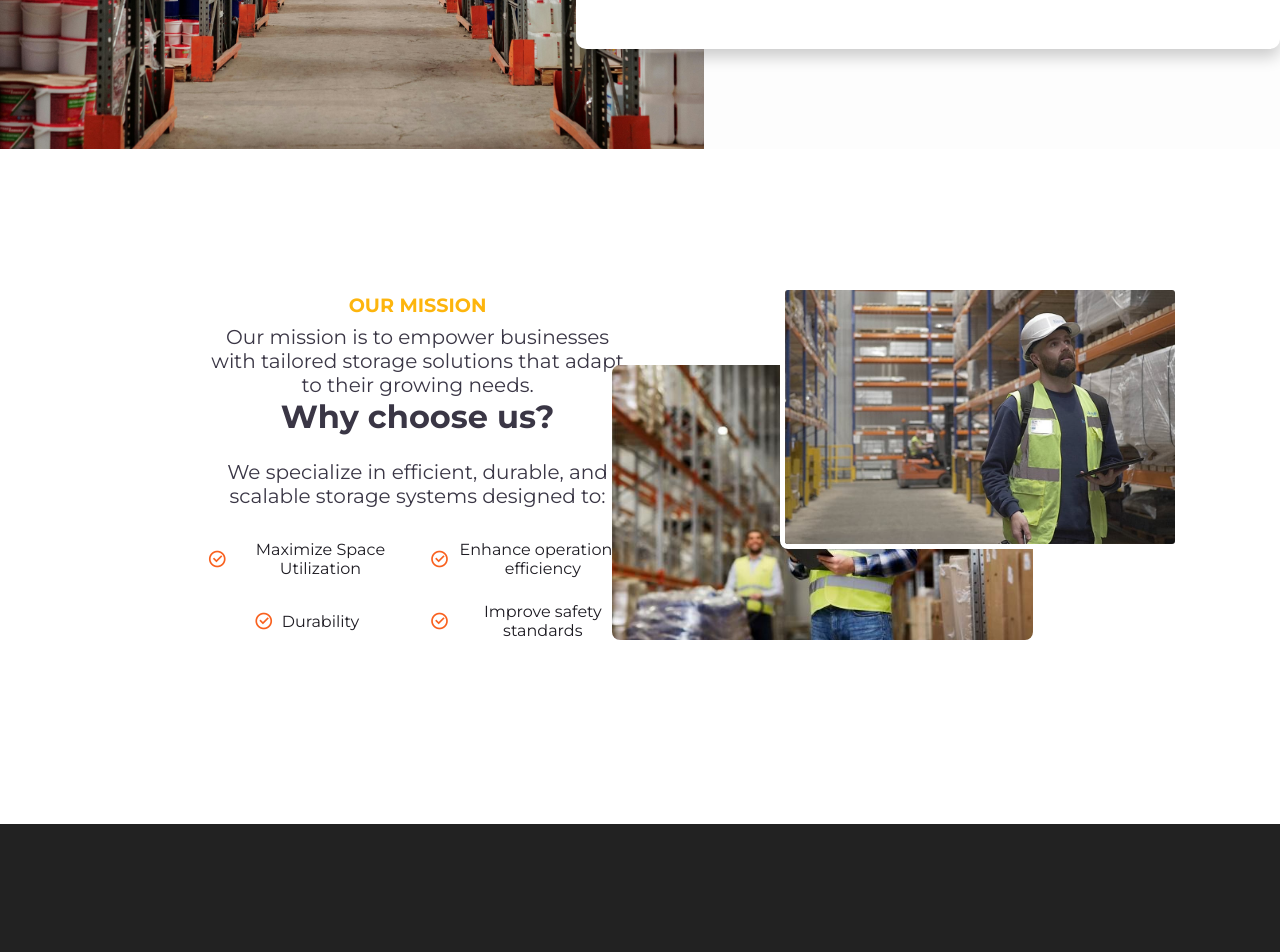
Repository: jahatesu/shelves-and-storage-equipment
Page: index.html
An editor plug-in stored every save of this project. The page is shown before and after the next save, followed by the edit.
The browser window is 1280 px wide. The pictures show the part of the page from y = 1323 to 2275 px (the page is 7787 px tall before and 7708 px after).
A picture or video elsewhere on the page could not be fetched, so the positions and the page height are approximate. Backgrounds fixed to the window are drawn as part of the page. Some web fonts or font styles are not loaded; a fallback is used. Some web libraries are served in a nearby version.

Above is the page before, as saved 2025-01-25 19:31:36.
Console error: TypeError: Cannot read properties of null (reading 'querySelector')

### index.html
<!DOCTYPE html>
<html lang="en">
<head>
    <meta charset="UTF-8">
    <meta name="viewport" content="width=device-width, initial-scale=1.0">
    <!-- Remix Icons -->
    <link rel="stylesheet" href="https://cdnjs.cloudflare.com/ajax/libs/remixicon/4.2.0/remixicon.css">
    <!-- Swiper CSS -->
    <link rel="stylesheet" href="assets\js\swiper-bundle.min.js" />
    <!-- CSS -->
    <link rel="stylesheet" href="style.css">
    <script src="https://cdnjs.cloudflare.com/ajax/libs/jquery/3.7.1/jquery.min.js"></script>
    <title>Shelves and Storage</title>
    <link rel="stylesheet" href="https://fonts.googleapis.com/css?family=Material+Symbols+Rounded&opsz,wght,FILL,GRAD@48,400,0,0" />
    <script  src="https://kit.fontawesome.com/64d58efce2.js" crossorigin="anonymous" ></script>
</head>

<body>

    <!-- Navigation Bar -->
    <header class="transparent">
        <div class="logo">
            <img src="assets\images\logo.png" alt="Shelves and Storage Logo">
        </div>

        <div class="navigation">
            <input type="checkbox" id="nav-checkbox">
            <label for="nav-checkbox" class="nav-toggle">
                <i class="ri-menu-fill"></i>
            </label>

            <ul class="nav-menu">
                <li><a href="#">Home</a></li>
                <li><a href="#">About Us</a></li>
                <li><a href="#">Services</a></li>
                <li><a href="#">Products</a></li>
                <li><a href="#">Contact Us</a></li>
            </ul>
        </div>
    </header>

    <!-- Hero Section -->
    <div class="hero">
        <h1 class="animate__animated animate__fadeInDown">Shelves and Storage Equipment</h1>
        <h3 class="animate__animated animate__fadeInUp">Storage and Racking Expert</h3>
    </div>

    <!-- about -->

    <div class="about-section">
        <div class="inner-container">
            <h1>About Us</h1>
            <p class="text">
                Founded in 2015, Shelves and Storage Equipment Inc. is a trusted name in providing customized racking solutions for logistics and warehousing. We specialize in efficient, durable, and scalable storage systems designed to:
            </p>
            <ul class="skills">
                <li><i class="ri-fullscreen-line"></i> Maximize space utilization</li>
                <li><i class="ri-settings-3-line"></i> Enhance operational efficiency</li>
                <li><i class="ri-shield-check-line"></i> Improve safety standards</li>
            </ul>
        </div>
    </div>

<!-- About Section -->
<section class="about section" id="about">
    <div class="about_container container grid">
        <div class="about_data">
            <span class="section_subtitle">OUR MISSION</span>
            <p>
                Our mission is to empower businesses with tailored storage solutions that adapt to their growing needs.
            </p>
            <h2 class="section_title">Why choose us?</h2>
            <p class="about_description">
                We specialize in efficient, durable, and scalable storage systems designed to:
            </p>
            <ul class="about_list grid">
                <li class="about_list-item">
                    <i class="ri-checkbox-circle-line"></i>
                    <span>Maximize Space Utilization</span>
                </li>
                <li class="about_list-item">
                    <i class="ri-checkbox-circle-line"></i>
                    <span>Enhance operational efficiency</span>
                </li>
                <li class="about_list-item">
                    <i class="ri-checkbox-circle-line"></i>
                    <span> Durability</span>
                </li>
                <li class="about_list-item">
                    <i class="ri-checkbox-circle-line"></i>
                    <span>Improve safety standards</span>
                </li>
            </ul>
        </div>
        <div class="about_images">
            <img src="assets/images/about_img1.png" alt="image" class="about_img1">
            <img src="assets/images/about_img2.png" alt="image" class="about_img2">
        </div>
    </div>
</section>

<!-- Services Section -->
<div class="services-container">
    <div class="service-card">
      <div class="card-image">
        <img src="#" alt="Profile Picture of Annie Lea">
      </div>
      <div class="card-header">
        <h3 class="name">Annie Lea</h3>
        <p class="role">Apps Developer</p>
      </div>
      <div class="card-content">
        <p>Lorem ipsum dolor sit amet, consectetur adipisicing elit. Dolorem quaerat iusto adipisci reprehenderit quasi cum perspiciatis, minima reiciendis magni quam!</p>
      </div>
    </div>
    <div class="service-card">
      <div class="card-image">
        <img src="#" alt="Profile Picture of Eliana Maia">
      </div>
      <div class="card-header">
        <h3 class="name">Eliana Maia</h3>
        <p class="role">Website Developer</p>
      </div>
      <div class="card-content">
        <p>Lorem ipsum dolor sit amet, consectetur adipisicing elit. Dolorem quaerat iusto adipisci reprehenderit quasi cum perspiciatis, minima reiciendis magni quam!</p>
      </div>
    </div>
    <div class="service-card">
      <div class="card-image">
        <img src="#" alt="Profile Picture of Harley Briana">
      </div>
      <div class="card-header">
        <h3 class="name">Harley Briana</h3>
        <p class="role">Graphic Designer</p>
      </div>
      <div class="card-content">
        <p>Lorem ipsum dolor sit amet, consectetur adipisicing elit. Dolorem quaerat iusto adipisci reprehenderit quasi cum perspiciatis, minima reiciendis magni quam!</p>
      </div>
    </div>
  </div>

<!-- what we offer -->
<section class="services section" id="services">
    <div class="services_container container grid">
        <div class="services_data">
            <div>
                <span class="section_subtitle">WHAT WE OFFER</span>
                <h2 class="section_title">Heavy and Light Duty Racks System</h2>
            </div>
        </div>
        <div class="services_grid">
            <article class="services_card">
                <div class="services_icon">
                    <img src="/assets/images/driveInRack.jpg" alt="Drive in Rack">
                </div>
                <h3 class="services_title">Drive in Rack</h3>
                <p>
                    Forklifts drive into storage lanes, reducing aisle space. Perfect for bulk storage.
                </p>
            </article>
            <article class="services_card">
                <div class="services_icon">
                    <img src="assets/images/cantileverRack.jpg" alt="Cantilever Rack">
                </div>
                <h3 class="services_title">Cantilever Rack</h3>
                <p>
                    Ideal for long, bulky items. Easy loading and unloading, maximizes space. Available in single or double-sided options.
                </p>
            </article>
            <article class="services_card">
                <div class="services_icon">
                    <img src="assets/images/mezzanineFloorRack.jpg" alt="Mezzanine Floor">
                </div>
                <h3 class="services_title">Mezzanine Floor</h3>
                <p>
                    Cost-effective, customizable, and durable. Ideal for storage, offices, or production areas.
                </p>
            </article>
            <article class="services_card">
                <div class="services_icon">
                    <img src="assets/images/radioShuttle.jpeg" alt="Radio Shuttle">
                </div>
                <h3 class="services_title">Radio Shuttle Racking</h3>
                <p>
                    Optimize warehouse space and efficiency. Semi-automated, high-density storage. Fast pallet handling, both FIFO and LIFO.
                </p>
            </article>
        </div>
    </div>
</section>

<!-- products -->
<section class="projects section" id="projects">
    <h2 class="section_title_products">Our Products</h2>
    <div class="projects_container container grid">
        <article class="projects_card">
            <img src="assets/images/narrowAisle.jpg" alt="Narrow Aisle Pallet Racking" class="projects_img">
            <div class="projects_data">
                <h2 class="projects_title">Narrow Aisle Pallet Racking</h2>
            </div>
        </article>
        <article class="projects_card">
            <img src="assets/images/doubleDeep.jpg" alt="Double Deep Pallet Racking" class="projects_img">
            <div class="projects_data">
                <h2 class="projects_title">Double Deep Pallet Racking</h2>
            </div>
        </article>
        <article class="projects_card">
            <img src="assets/images/lightDuty.webp" alt="Light Duty Shelves" class="projects_img">
            <div class="projects_data">
                <h2 class="projects_title">Light Duty Shelves</h2>
            </div>
        </article>
        <article class="projects_card">
            <img src="assets/images/boltLess.webp" alt="Boltless Racks" class="projects_img">
            <div class="projects_data">
                <h2 class="projects_title">Boltless Racks</h2>
            </div>
        </article>
        <article class="projects_card">
            <img src="assets/images/counterBalance.jpg" alt="Tailift Counter Balance" class="projects_img">
            <div class="projects_data">
                <h2 class="projects_title">Tailift Counter Balance</h2>
            </div>
        </article>
        <article class="projects_card">
            <img src="assets/images/reachTruck.jpg" alt="Tailift Reach Truck" class="projects_img">
            <div class="projects_data">
                <h2 class="projects_title">Tailift Reach Truck</h2>
            </div>
        </article>
        <article class="projects_card">
            <img src="assets/images/palletRack.webp" alt="Pallet Rack" class="projects_img">
            <div class="projects_data">
                <h2 class="projects_title">Pallet Rack</h2>
            </div>
        </article>
        <article class="projects_card">
            <img src="assets/images/slottedRack.webp" alt="Slotted Rack" class="projects_img">
            <div class="projects_data">
                <h2 class="projects_title">Slotted Rack</h2>
            </div>
        </article>
        <article class="projects_card">
            <img src="assets/images/smRack.webp" alt="Supermarket Rack" class="projects_img">
            <div class="projects_data">
                <h2 class="projects_title">Supermarket Rack</h2>
            </div>
        </article>
        <article class="projects_card">
            <img src="assets/images/shoppingTrolley.jpg" alt="Shopping Trolley" class="projects_img">
            <div class="projects_data">
                <h2 class="projects_title">Shopping Trolley</h2>
            </div>
        </article>
        <article class="projects_card">
            <img src="assets/images/shoppingBasket.jpg" alt="Shopping Basket" class="projects_img">
            <div class="projects_data">
                <h2 class="projects_title">Shopping Basket</h2>
            </div>
        </article>
        <article class="projects_card">
            <img src="assets/images/binBoxes.jpg" alt="Bin Boxes" class="projects_img">
            <div class="projects_data">
                <h2 class="projects_title">Bin Boxes</h2>
            </div>
        </article>
        <article class="projects_card">
            <img src="assets/images/shelving.jpeg" alt="Shelving" class="projects_img">
            <div class="projects_data">
                <h2 class="projects_title">Shelving</h2>
            </div>
        </article>
        <article class="projects_card">
            <img src="assets/images/handPallet.webp" alt="Hand Pallet" class="projects_img">
            <div class="projects_data">
                <h2 class="projects_title">Hand Pallet</h2>
            </div>
        </article>
    </div>
</section>

<!-- contacts -->
<div class="container_contact">
    <span class="big-circle"></span>
    <img src="img/shape.png" class="square" alt="" />
    <div class="form">
      <div class="contact-info">
        <h3 class="title">Let's get in touch</h3>
        <p class="text">
          Lorem ipsum dolor sit amet consectetur adipisicing elit. Saepe
          dolorum adipisci recusandae praesentium dicta!
        </p>

        <div class="info">
          <div class="information">
            <img src="img/location.png" class="icon" alt="" />
            <p>Manila - Philippines</p>
          </div>
          <div class="information">
            <img src="img/email.png" class="icon" alt="" />
            <p>shelvesandstorage.ph@gmail.com<br>
                sseisales3@gmail.com</p>
          </div>
          <div class="information">
            <img src="img/phone.png" class="icon" alt="" />
            <p>0966 750 5869<br>
                (02) 8637 3371</p>
          </div>
        </div>

        <div class="social-media">
          <p>Connect with us :</p>
          <div class="social-icons">
            <a href="#">
              <i class="fab fa-facebook-f"></i>
            </a>
            <a href="#">
              <i class="fab fa-twitter"></i>
            </a>
            <a href="#">
              <i class="fab fa-instagram"></i>
            </a>
            <a href="#">
              <i class="fab fa-linkedin-in"></i>
            </a>
          </div>
        </div>
      </div>

      <div class="contact-form">
        <span class="circle one"></span>
        <span class="circle two"></span>

        <form action="index.html" autocomplete="off">
          <h3 class="title">Contact us</h3>
          <div class="input-container">
            <input type="text" name="name" class="input" />
            <label for="">Username</label>
            <span>Username</span>
          </div>
          <div class="input-container">
            <input type="email" name="email" class="input" />
            <label for="">Email</label>
            <span>Email</span>
          </div>
          <div class="input-container">
            <input type="tel" name="phone" class="input" />
            <label for="">Phone</label>
            <span>Phone</span>
          </div>
          <div class="input-container textarea">
            <textarea name="message" class="input"></textarea>
            <label for="">Message</label>
            <span>Message</span>
          </div>
          <input type="submit" value="Send" class="btn" />
        </form>
      </div>
    </div>
  </div>

  <!-- footer -->
  <footer class="footer">
    <div class="footer_container container grid">
        <div>
            <a href="#" class="footer_logo">
                <img src="assets\images\footerLogo.png" alt="footer logo">
            </a>

            <p class="footer_description">Storage and Racking Expert</p>

            <address class="footer_email">Email: shelvesandstorage.ph@gmail.com</address>
        </div>

        <div class="footer_content grid">
            <div>
                <h3 class="footer_title">Company</h3>
                <ul class="footer_links">
                    <li>
                        <a href="#about" class="footer_link">About Us</a>
                    </li>

                    <li>
                        <a href="#services" class="footer_link">Services</a>
                    </li>

                    <li>
                        <a href="#projects" class="footer_link">Projects</a>
                    </li>
                </ul>
        </div>

        <div>
            <h3 class="footer_title">Information</h3>
            <ul class="footer_list">
                <li>
                    <address class="footer_info">Manila - Philippines</address>
                </li>

                <li>
                </li>

            </ul>
    </div>

    <div>
        <h3 class="footer_title">Social Media</h3>

        <div class="footer_social">
            <a href="#" target="_blank" class="footer_social-link">
                <i class="ri-facebook-circle-line"></i>
            </a>

            <a href="#" target="_blank" class="footer_social-link">
                <i class="ri-instagram-line"></i>
            </a>

            <a href="#" target="_blank" class="footer_social-link">
                <i class="ri-twitter-x-line"></i>
            </a>
        </div>
</div>

    </div>

    <span class="footer_copy">

    </span>
</footer>

<script src="main.js">
</script>

</body>
</html>

Loaded but not shown: assets/js/swiper-bundle.min.js (library); main.js (103 lines, source omitted); style.css (1390 lines, source omitted)

After the next save:
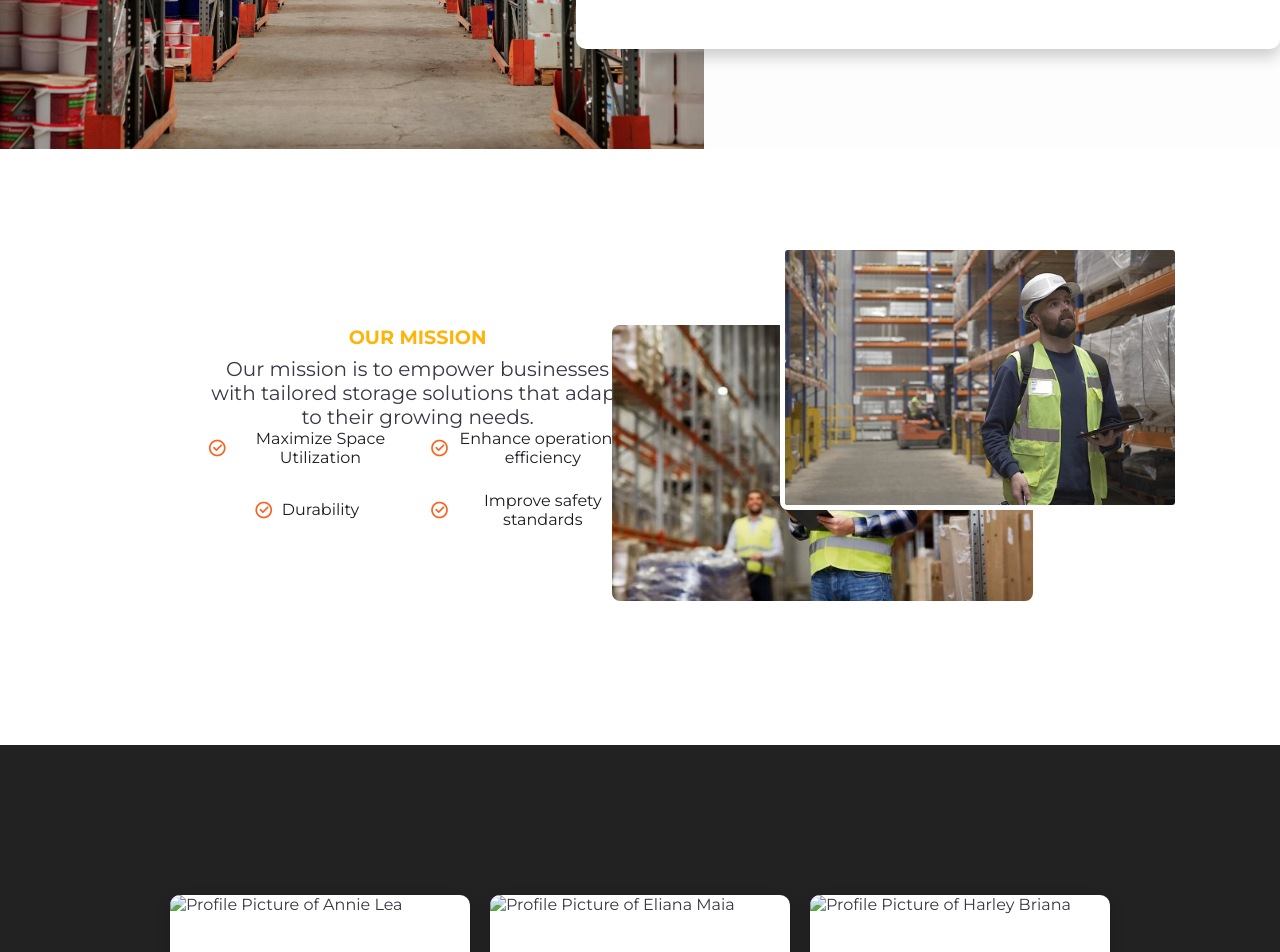
Saved 78 s later.
--- a/index.html
+++ b/index.html
@@ -69,10 +69,10 @@
             <p>
                 Our mission is to empower businesses with tailored storage solutions that adapt to their growing needs.
             </p>
-            <h2 class="section_title">Why choose us?</h2>
+            <!-- <h2 class="section_title">Why choose us?</h2>
             <p class="about_description">
                 We specialize in efficient, durable, and scalable storage systems designed to:
-            </p>
+            </p> -->
             <ul class="about_list grid">
                 <li class="about_list-item">
                     <i class="ri-checkbox-circle-line"></i>

After the save that followed:
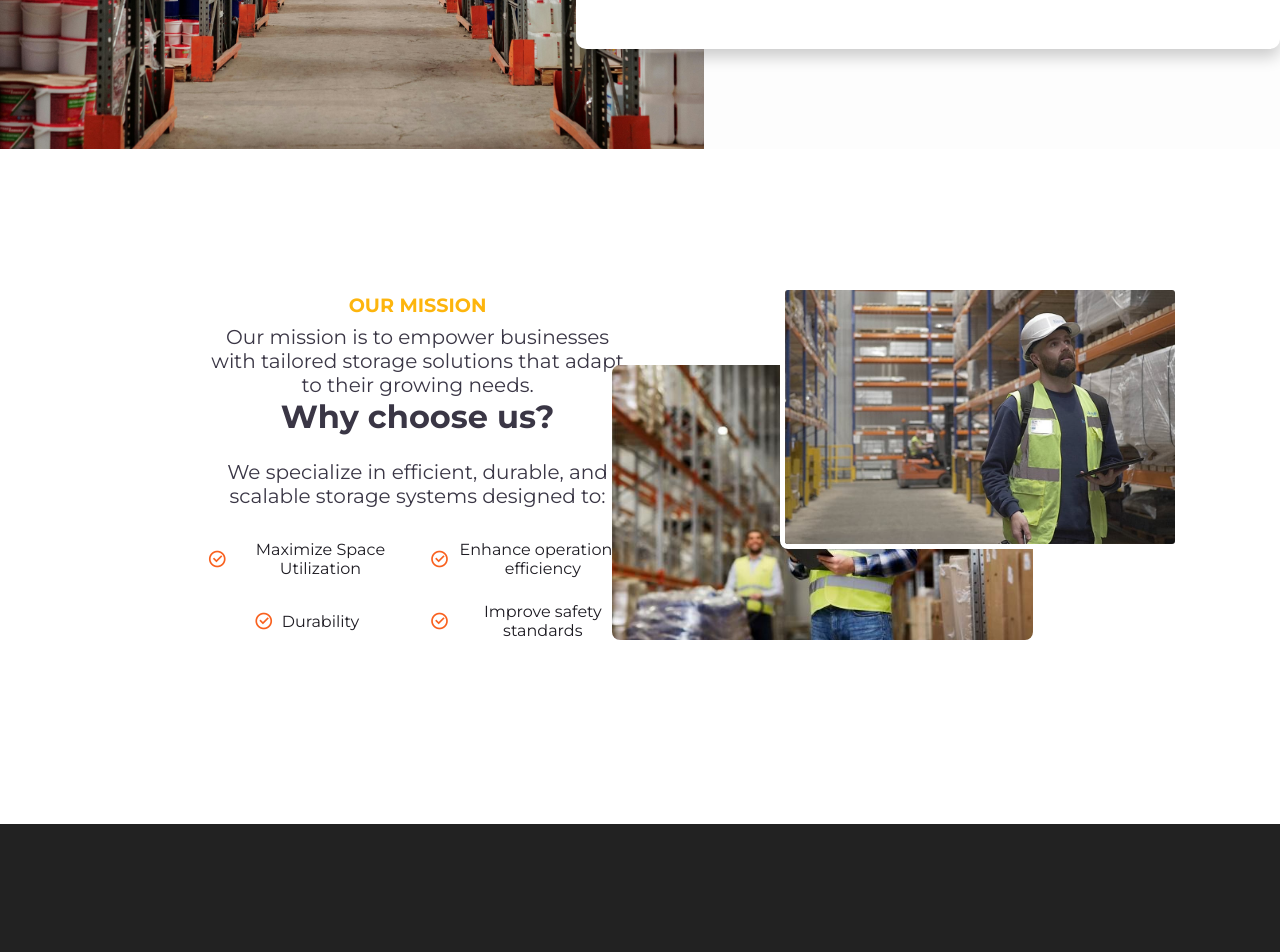
Saved 7 s later.
--- a/index.html
+++ b/index.html
@@ -69,10 +69,10 @@
             <p>
                 Our mission is to empower businesses with tailored storage solutions that adapt to their growing needs.
             </p>
-            <!-- <h2 class="section_title">Why choose us?</h2>
+            <h2 class="section_title">Why choose us?</h2>
             <p class="about_description">
                 We specialize in efficient, durable, and scalable storage systems designed to:
-            </p> -->
+            </p>
             <ul class="about_list grid">
                 <li class="about_list-item">
                     <i class="ri-checkbox-circle-line"></i>
